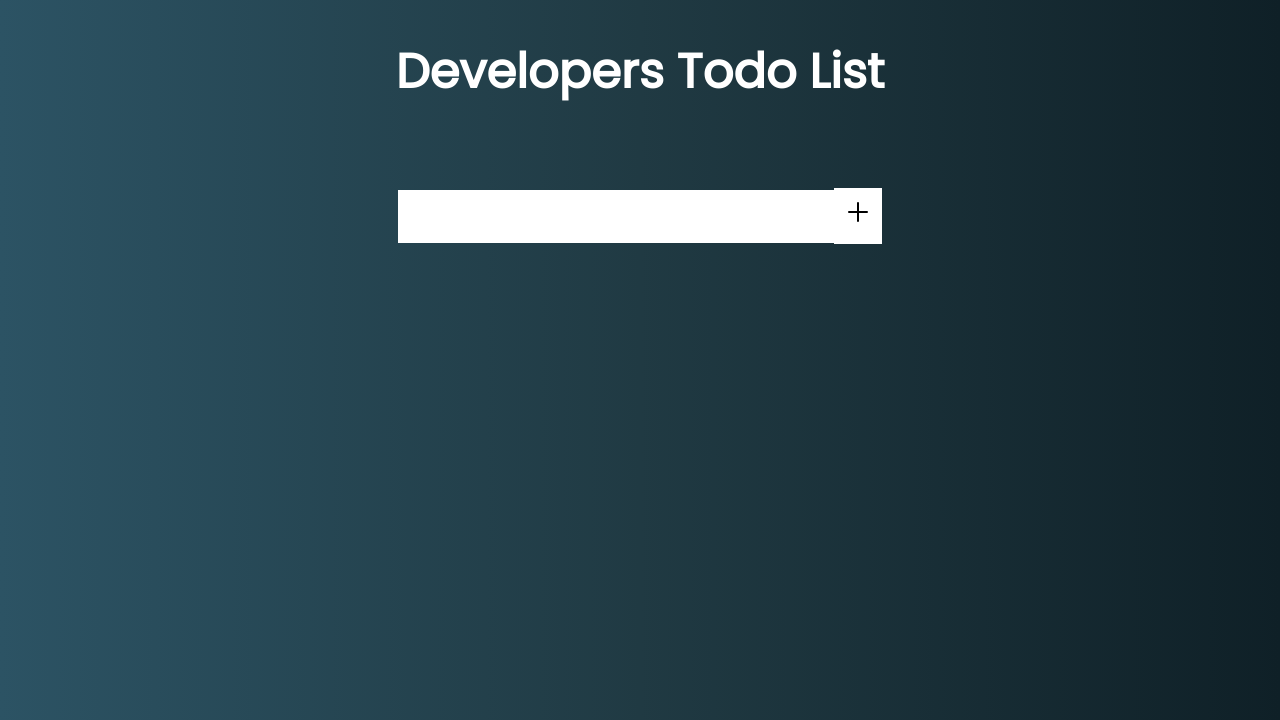
Repository: DevAntonioRogers/Vanilla-TodoList
Page: index.html
These files come from the project's save history. The page is drawn as it stood at one moment and after the next save; the edit follows.
The browser window is 1280 px wide. The pictures show the whole page.

Above is the page before, as saved 2023-05-12 01:09:57.

After the next save:
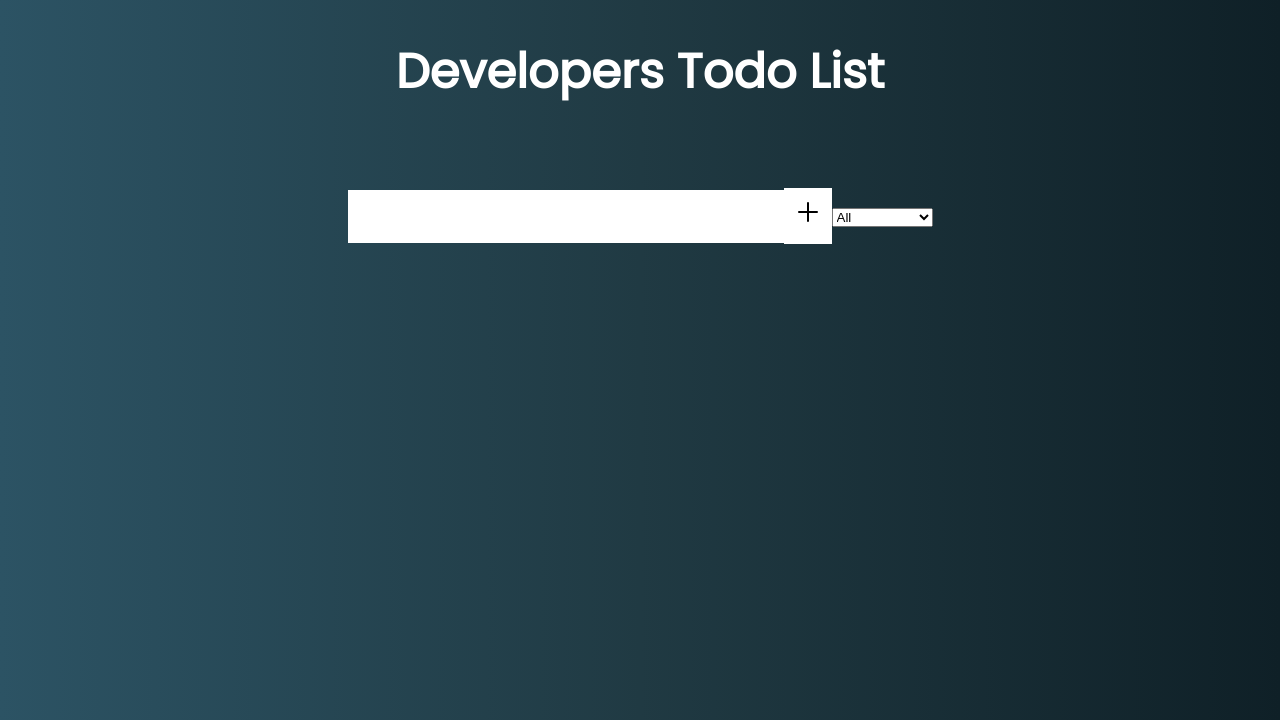
Saved 84 s later.
--- a/index.html
+++ b/index.html
@@ -19,6 +19,13 @@
       <button class="todo-button">
         <ion-icon name="add-outline"></ion-icon>
       </button>
+      <div class="select">
+        <select name="todos" class="filter-todo">
+          <option value="all">All</option>
+          <option value="all">Completed</option>
+          <option value="all">Uncompleted</option>
+        </select>
+      </div>
     </form>
 
     <div class="todo-container">
